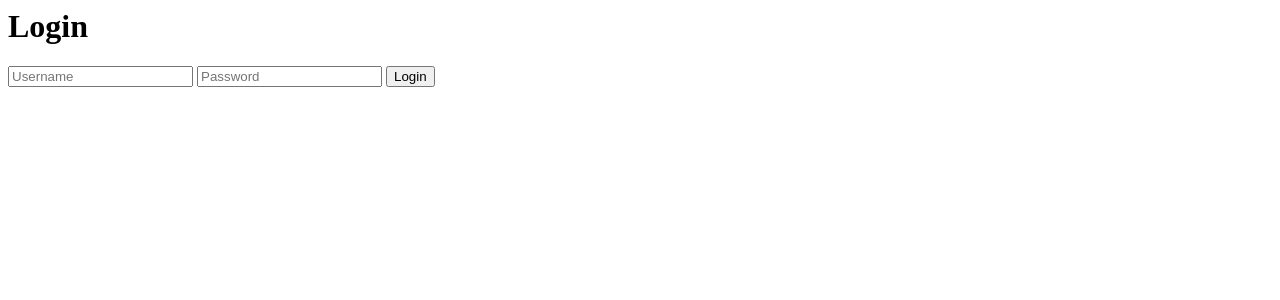
Repository: P1X3L0V4/webdevbootcamp
Page: http://localhost/login
The author's editor kept a record of every edit. The page is drawn from the files as they stood at one moment, then again after the next edit.
The browser window is 1280 px wide. The pictures show the whole page.
The page is served by the project's Node server (Authentication/AuthDemo/app.js).

Above is the page before.

After the next edit:
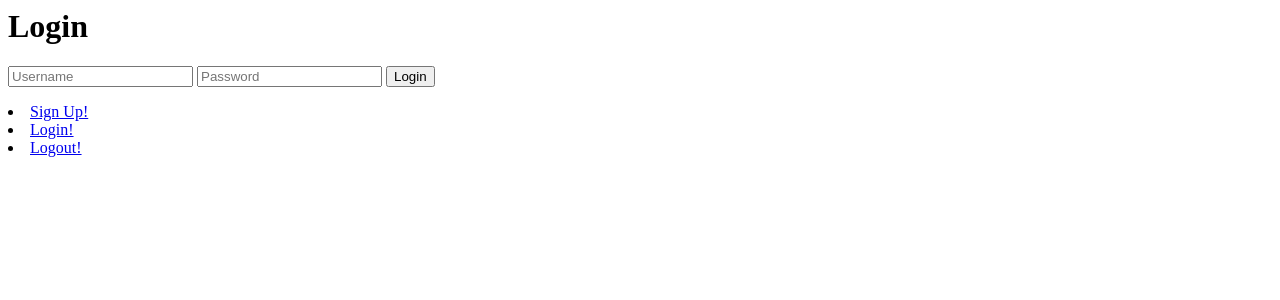
The edit:
--- a/Authentication/AuthDemo/views/login.ejs
+++ b/Authentication/AuthDemo/views/login.ejs
@@ -5,3 +5,7 @@
     <input type="password" name="password" placeholder="Password">
     <button>Login</button>
 </form>
+
+<li><a href="/register">Sign Up!</a></li>
+<li><a href="/login">Login!</a></li>
+<li><a href="/logout">Logout!</a></li>
